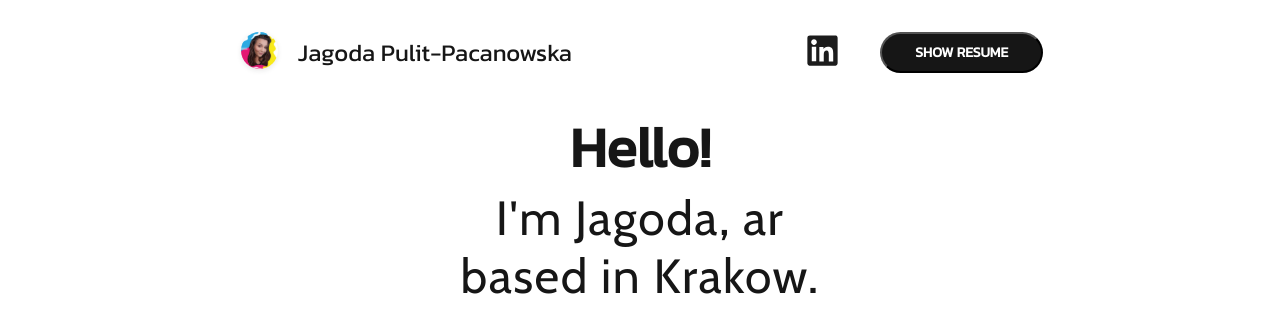
Repository: remigiuszpulit/ux-ui-portfolio
Page: /
The author's editor kept a copy of each file at every save. The page is drawn from the files as they stood at one save, then again after the next save.
The browser window is 1280 px wide. The pictures show the whole page.
The project was rebuilt for these pictures with package versions that can differ from the ones it lists, and the page was loaded fresh each time.

Above is the page before, as saved 2022-09-23 00:53:29.

### src/App.js
import {
  BrowserRouter,
  Routes,
  Route,
} from "react-router-dom";
import styled from "styled-components";
import Navbar from "./components/Navbar";
import GlobalStyle from "./globalStyles";
import Index from "./pages";

function App() {
  return (<>
  <GlobalStyle/>
  <BrowserRouter>
  <Navbar/>
    <GlobalContainer>
    <Routes>
      <Route path="/" element={<Index />}>
        {/* <Route path="expenses" element={<Expenses />} />
        <Route path="invoices" element={<Invoices />} /> */}
      </Route>
    </Routes>
    </GlobalContainer>
  </BrowserRouter></>)
};

export default App;

const GlobalContainer = styled.div`
display: flex;
justify-content: center;
`

### src/components/Navbar.js
import React from 'react';
import styled from 'styled-components';
import avatar from '../static/avatar.svg'
import LinkedinIcon from '../static/LinkedinIcon.svg'
import "@fontsource/kanit"


function Navbar(props) {
return (
<NavContainer>
    <NavWrapper>
    <ItemsWrapper>
        <img src={avatar}/>
        <LogoText>
        Jagoda Pulit-Pacanowska
        </LogoText>
    </ItemsWrapper>
    <ItemsWrapper>
    <a href='https://www.linkedin.com/in/jagoda-pulit/' target={'_blank'} >
        <img src={LinkedinIcon}/>
    </a>
    <ResumeButton>
    <ResumeButtonText>
    show resume
    </ResumeButtonText>
    </ResumeButton>
    </ItemsWrapper>

    </NavWrapper>
</NavContainer>
);
}

export default Navbar;

const NavContainer = styled.nav`
height: 105px;
background: rgba(232, 228, 222, 0.01);
backdrop-filter: blur(3px);
position: sticky;
display: flex;
justify-content: center;
`

const NavWrapper = styled.div`
width: 63%;
display: flex;
justify-content: space-between;
`
const ItemsWrapper = styled.div`
display: flex;
align-items: center;
`
const LogoText = styled.h3`
margin-left: 16px;
font-family: 'Kanit';
font-style: normal;
font-weight: 500;
font-size: 24px;
line-height: 124%;
color: #161616;
`

const ResumeButton = styled.button`
display: flex;
flex-direction: row;
width: 163px;
height: 41px;
justify-content: center;
margin-left: 42px;
align-items: center;
padding: 10px;
background: #161616;
border-radius: 159px;
`

const ResumeButtonText = styled.h4`
font-family: 'Kanit';
font-style: normal;
font-weight: 600;
font-size: 14px;
line-height: 21px;
/* identical to box height */

text-transform: uppercase;

color: #FFFFFF;


/* Inside auto layout */

flex: none;
order: 0;
flex-grow: 0;
`

### src/globalStyles.js
import { createGlobalStyle } from "styled-components";


const GlobalStyle = createGlobalStyle`
  body {
    margin: 0;
    padding: 0;
  }
`;

export default GlobalStyle;

### src/pages/index.js
import React, { useEffect, useState } from 'react';
import styled from 'styled-components';
import "@fontsource/cabin"


function Index(props) {
    const [text, setText] = useState('')
    const roles = ['UX/UI designer', 'UX Strategist']

    const typeFn = (str) => {
        const letters = str.split('')
        console.log(letters);
        for(let i = 0; i < str.length; i++){
            setTimeout(() => {setText(`${text}${letters[i]}`)}, 1550)
        }
    }

    useEffect(() => {
        typeFn(roles[0])
    }, [])

return (
<Container><Head>
    <HelloText>
        Hello!
    </HelloText>
    <HeroText>
    I'm Jagoda, a
     {text}{' '}

     based in Krakow.
    </HeroText>
    </Head></Container>
);
}

export default Index;

const Container = styled.section`
width: 63%;
`

const Head = styled.div`
display: flex;
flex-direction: column;
justify-content: center;
align-items: center;

`

const HelloText = styled.h1`
font-family: 'Kanit';
font-style: normal;
font-weight: 700;
font-size: 56px;
text-align: center;
margin: unset;
color: #161616;
`

const HeroText = styled.h2`
width: 381px;
font-family: 'Cabin';
font-style: normal;
font-weight: 500;
font-size: 48px;
text-align: center;
margin: unset;
letter-spacing: 1.5px;
color: #161616;
`

Loaded but not shown: public/index.html (common file); src/index.js (common file); src/index.css (common file); src/reportWebVitals.js (common file)

After the next save:
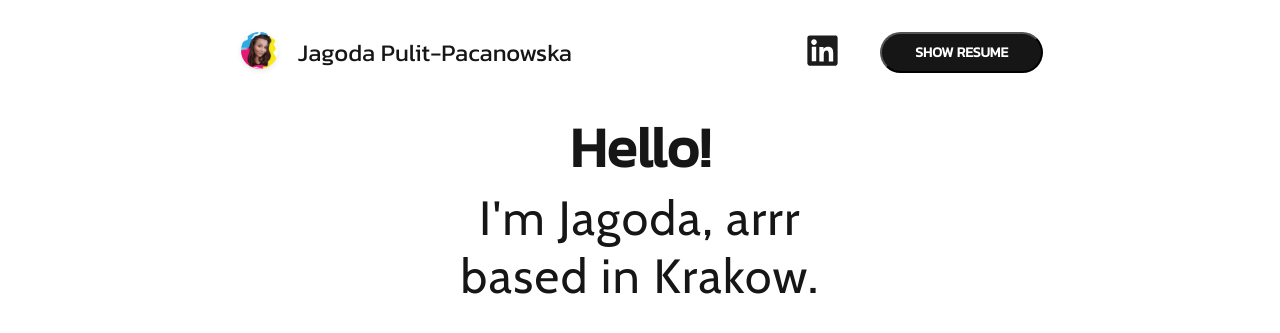
Saved 24 s later.
--- a/src/pages/index.js
+++ b/src/pages/index.js
@@ -17,7 +17,7 @@
 
     useEffect(() => {
         typeFn(roles[0])
-    }, [])
+    }, )
 
 return (
 <Container><Head>

After the save that followed:
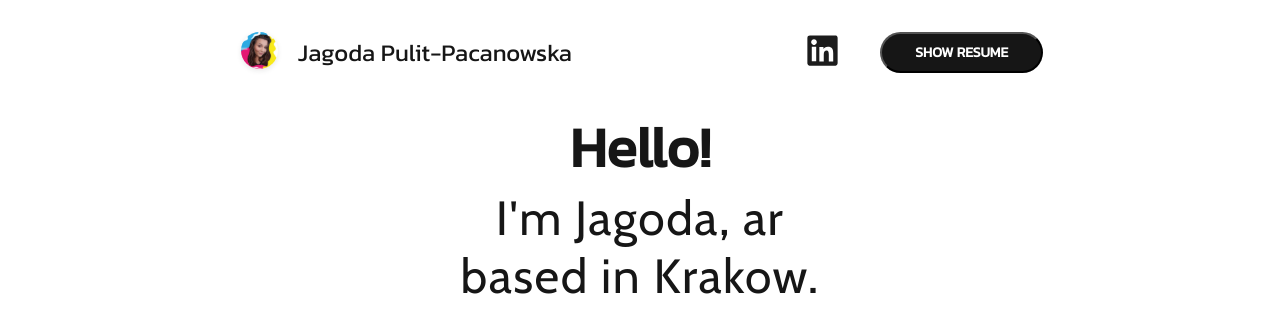
Saved 18 s later.
--- a/src/pages/index.js
+++ b/src/pages/index.js
@@ -17,7 +17,7 @@
 
     useEffect(() => {
         typeFn(roles[0])
-    }, )
+    }, [])
 
 return (
 <Container><Head>
